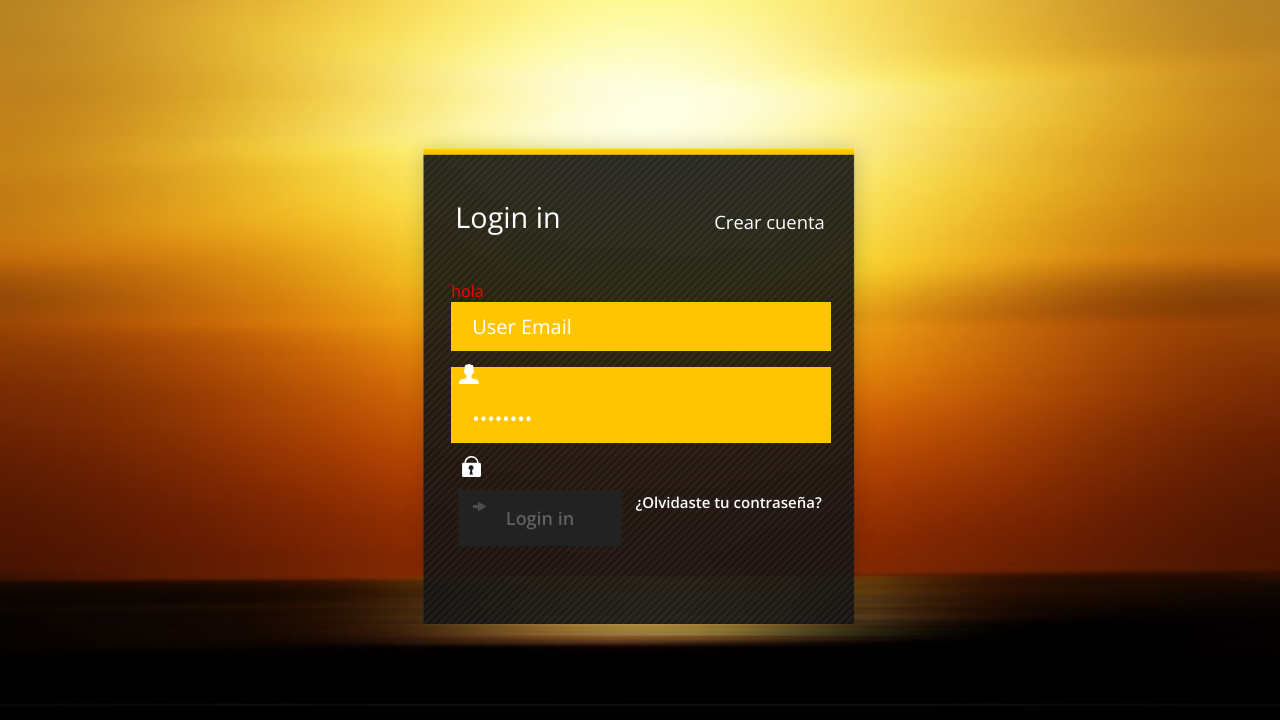
Repository: Mariangeles94/practica_gestion_usuarios
Page: http://localhost/Gestion/usuario/index.php
The author's editor kept a record of every edit. The page is drawn from the files as they stood at one moment, then again after the next edit.
The browser window is 1280 px wide. The pictures show the whole page.
The page is run by PHP 8.4 with error messages shown; the project is at /var/www/html/.

Above is the page before.

After the next edit:
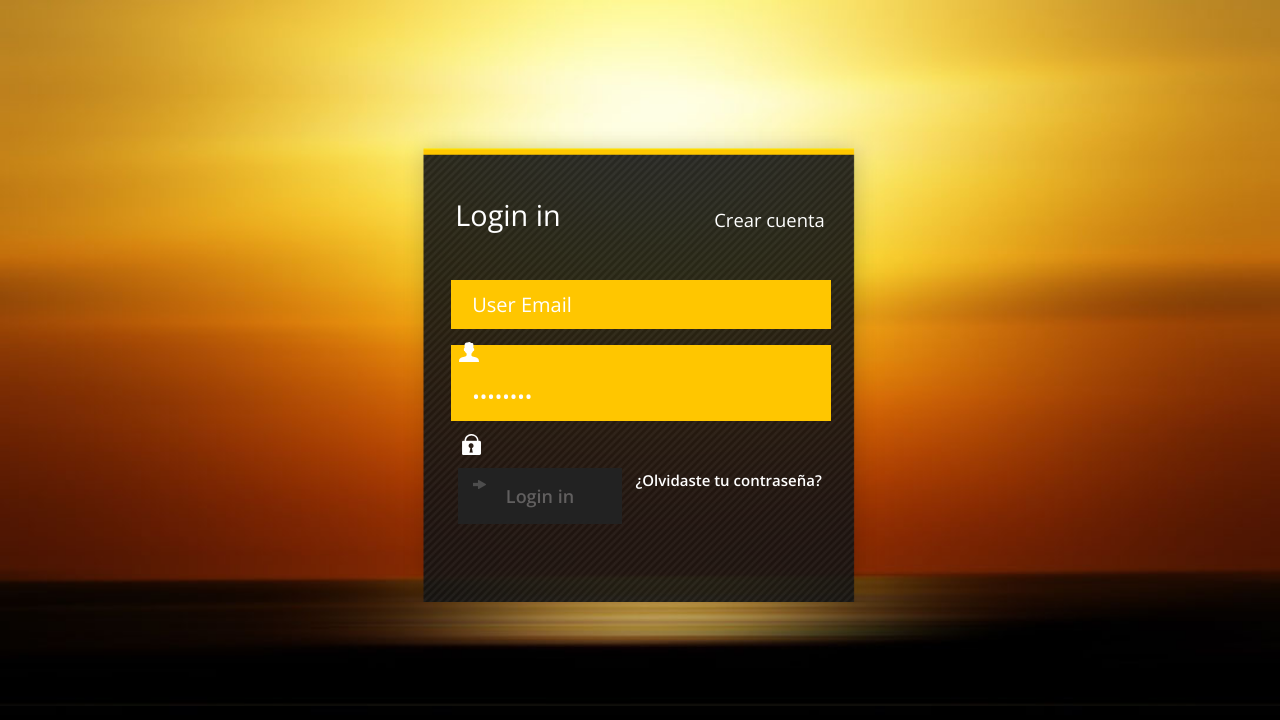
The edit:
--- a/usuario/index.php
+++ b/usuario/index.php
@@ -24,7 +24,7 @@
 					<h2><a href="phpaltausuario.php">Crear cuenta</a></h2>
 
                	    <form method="POST" action="../registro/phpregistro.php">
-               	    	<h3 class="mensaje">hola <?php echo $mensaje ?> </h3>
+               	    	<h3 class="mensaje"> <?php echo $mensaje; ?> </h3>
 						<li>
 							<input type="text" class="text" name="email" value="User Email" onfocus="this.value = '';" onblur="if (this.value == '') {this.value = 'User Name';}" ><a href="#" class=" icon user"></a>
 						</li>
